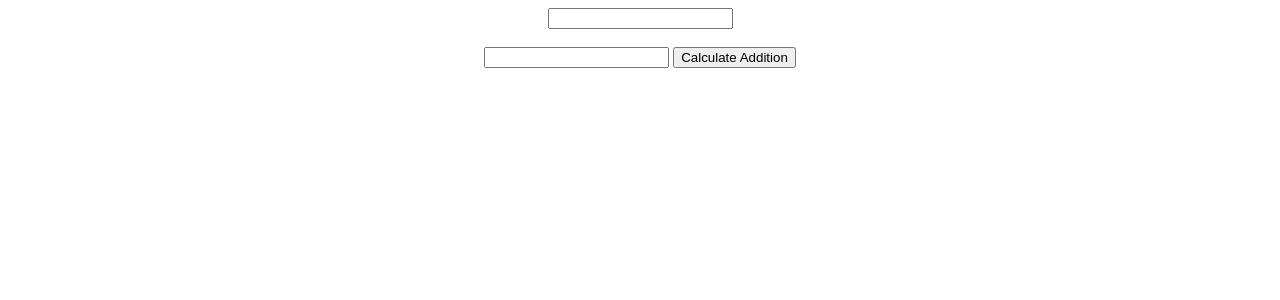
Repository: KiranNaikwadi/JSP
Page: http://localhost/Program/Divsion.jsp
These files come from the project's save history. The page is drawn as it stood at one moment and after the next save; the edit follows.
The browser window is 1280 px wide. The pictures show the whole page.
The page is served by Tomcat 9.

Above is the page before, as saved 2024-04-06 06:57:40.

After the next save:
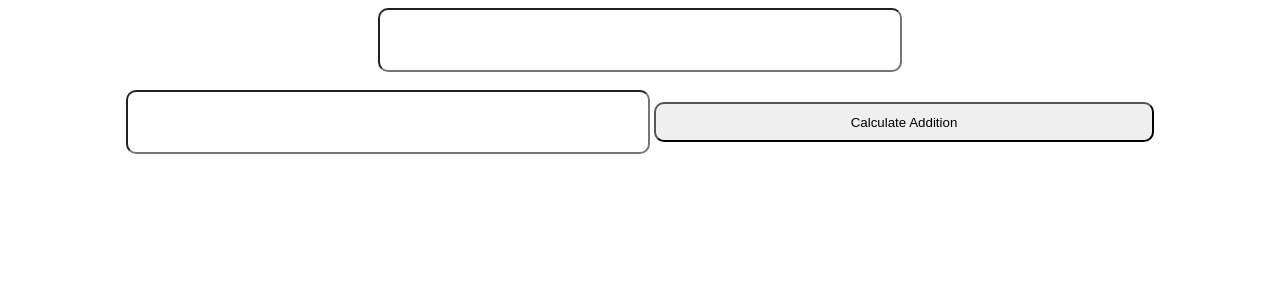
Saved 29 s later.
--- a/Program/src/main/webapp/Divsion.jsp
+++ b/Program/src/main/webapp/Divsion.jsp
@@ -7,7 +7,10 @@
 <title>Insert title here</title>
 <style>
 input{
-
+width:500px;
+height:40px;
+border-radius:10px;
+padding:10px;
 }
 </style>
 </head>
